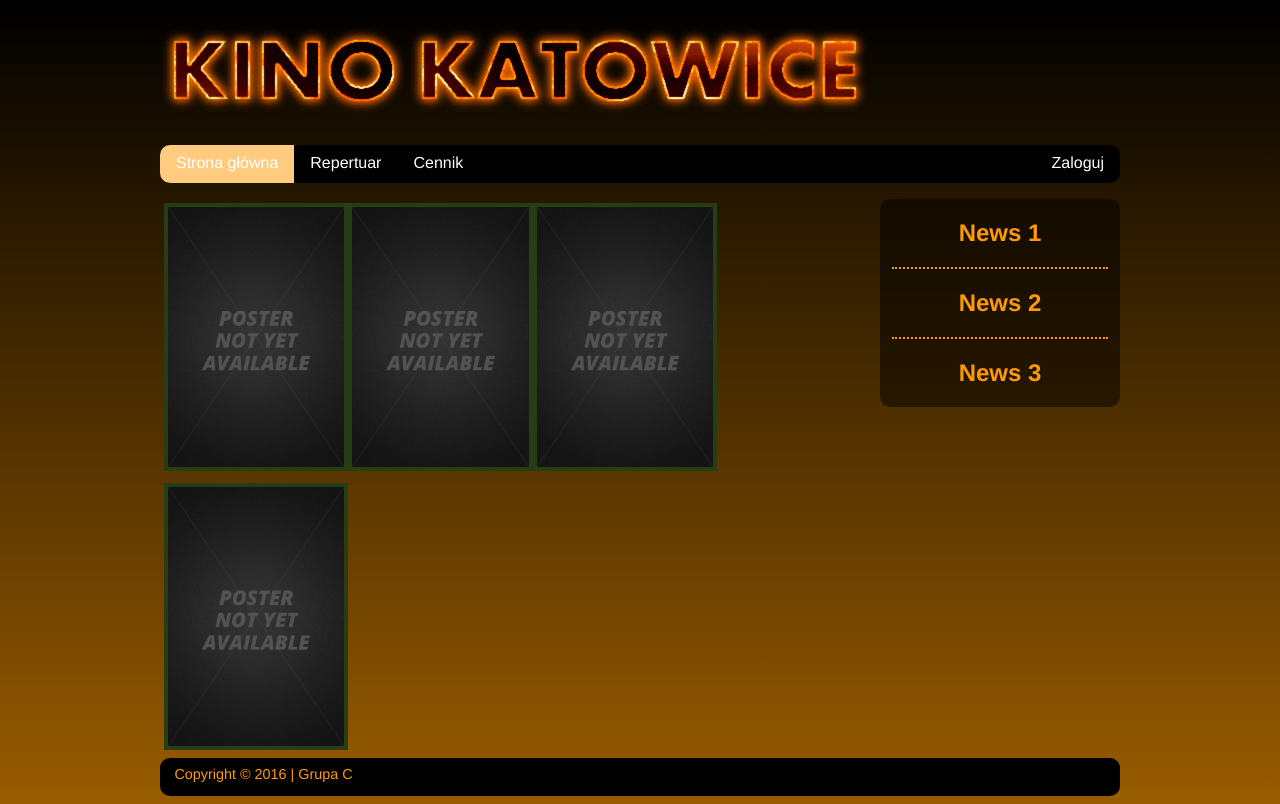
Repository: Gate4/Grupa-C
Page: http://localhost/KinoWebApp/WEB-INF/jsp/welcome.jsp
The author's editor kept a copy of each file at every save. The page is drawn from the files as they stood at one save, then again after the next save.
The browser window is 1280 px wide. The pictures show the whole page.
Some web libraries are served in a nearby version. The page is served by Tomcat 9. Nobody is signed in. Other server files are loaded and not shown. The template is opened directly, without the code that normally fills it, so the values that code supplies are empty.

Above is the page before, as saved 2016-04-21 21:28:00.

### KinoWebApp/WebContent/WEB-INF/jsp/welcome.jsp
<%@page pageEncoding="UTF-8" contentType="text/html; charset=UTF-8"%>
<%@ taglib prefix="spring" uri="http://www.springframework.org/tags"%>
<!DOCTYPE html>
<html>
<head>


<spring:url value="/resources/style.css" var="styleCSS" />
<link href="${styleCSS}" rel="stylesheet" />
<script src="https://ajax.googleapis.com/ajax/libs/jquery/2.1.3/jquery.min.js"></script>
<link href="${styleCSS}" rel="stylesheet" />
<title>Kino</title>
</head>

<body>
<div id="page">
	<header>
		<h1 id="logo">
			<img src="img/logo.png" alt="Najlepsze kino ever">
		</h1>

		<nav class="clear">
			<ul>
				<li><a class="active" href='#'>Strona główna</a></li>
				<li><a href='#'>Repertuar</a></li>
				<li><a href='#'>Cennik</a></li>
				<li><a href='#'>Zaloguj</a></li>
			</ul>
		</nav>
	</header>

	<div id="content" role="main">
		<section class="primary">
			<section class="tile">
				<a href='#'><img src="resources/img/poster4.jpg" alt="Tytuł filmu 1"></a>
			</section>
			<section class="tile">
				<a href='#'><img src="resources/img/poster4.jpg" alt="Tytuł filmu 2"></a>
			</section>
			<section class="tile">
				<a href='#'><img src="resources/img/poster4.jpg" alt="Tytuł filmu 3"></a>
			</section>
			<section class="tile">
				<a href='#'><img src="resources/img/poster4.jpg" alt="Tytuł filmu 4"></a>
			</section>

		</section>

		<aside class="secondary">
			<section>
				<h2>News 1</h2>
				<p>${message}</p>
			</section>
			<hr>
			<section>
				<h2>News 2</h2>
				<p>${message}</p>
			</section>
			<hr>
			<section>
				<h2>News 3</h2>
				<p>${message}</p>
			</section>
		</aside>
	</div>

	<footer class="clear">
		<section class="footer">
			<p>Copyright © 2016 | Grupa C</p>
		</section>
	</footer>
</div>

</body>

</html>

### KinoWebApp/WebContent/resources/style.css
body{
	background: #000000;
	background: linear-gradient(#000000, #995c00);
	color: #FF9A00;
	font-family: Helvetica, Verdana, sans;
}

#page{
	width: 960px;
	margin: 0 auto;
}

#logo, .primary, .tile{
	float: left;
}

#contact, .secondary{
	float: right;
}

.clear{
	clear: both;
}

.primary{
	width: 720px;
}

.secondary{
	border-radius: 10px;
	background-color: #000000;
	background-color: rgba(0,0,0,0.5);
	width: 240px;
}

.secondary p{
	margin-left: 1em;
	text-align: left;
	color: #FFCC7F;
}

.secondary h2{
	text-align: center;
}

.secondary hr{
	border: none;
	border-top: 2px dotted #FF9A00;
	width: 90%;
}

nav ul{
	border-radius: 10px;
	background-color: #000000;
	min-height: 2.4em;
	list-style: none;
	padding: 0;
}

nav ul li{
	display: inline;
	padding: 5px 1em;
}

nav ul li a{
	display: block;
	float: left;
	height: 1.2em;
	padding: 0.6em 1em;
	margin: 0;
	color: #fff;
	text-decoration: none;
}

nav ul li a:hover, a.active{
	background: #FFCC7F;
}

nav ul li:last-child{
	float: right;
	padding: 0;
}

nav ul li:first-child a:hover, nav ul li:first-child a.active{
	border-radius: 10px 0 0 10px;
}

nav ul li:last-child a:hover, nav ul li:last-child a.active{
	border-radius: 0 10px 10px 0;
}


.hidden{
	display: none;
}

.tile{
	width: 24.5%;
	padding: 4px 4px 4px 4px;
}

.tile img{
	border-style: solid;
    border-width: 4px;
    border-color: #273e12;
	width: 100%;
}

.tile img:hover{
	border-style: solid;
    border-width: 4px;
    border-color: #ffb13b;
	width: 100%;
}

.footer{
	border-radius: 10px;
	background-color: #000000;
	min-height: 2.4em;
	padding: 0 0px 0 0;
}

.footer p{
	font-size: 0.9em;
	padding: 0.6em 1em;
}

After the next save:
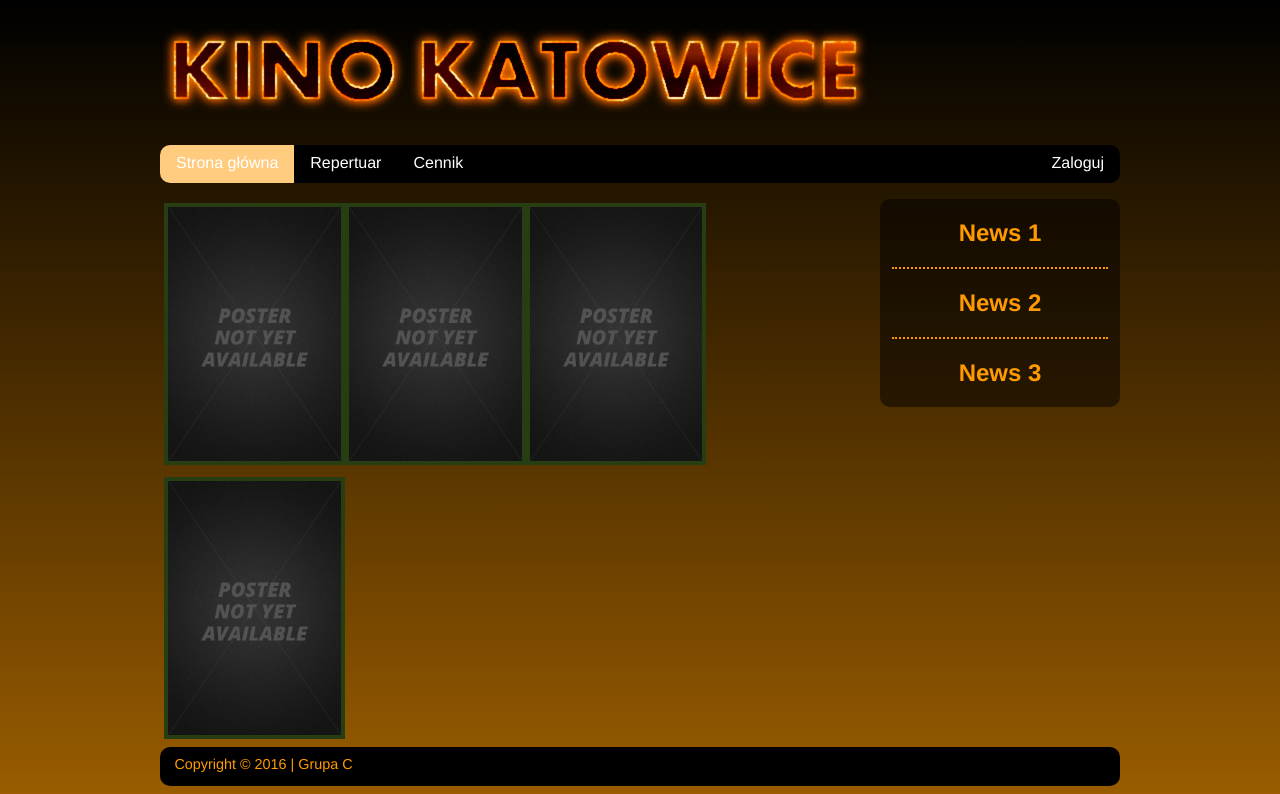
Saved 10 s later.
--- a/KinoWebApp/WebContent/resources/style.css
+++ b/KinoWebApp/WebContent/resources/style.css
@@ -95,7 +95,7 @@ nav ul li:last-child a:hover, nav ul li:last-child a.active{
 }
 
 .tile{
-	width: 24.5%;
+	width: 24%;
 	padding: 4px 4px 4px 4px;
 }
 
